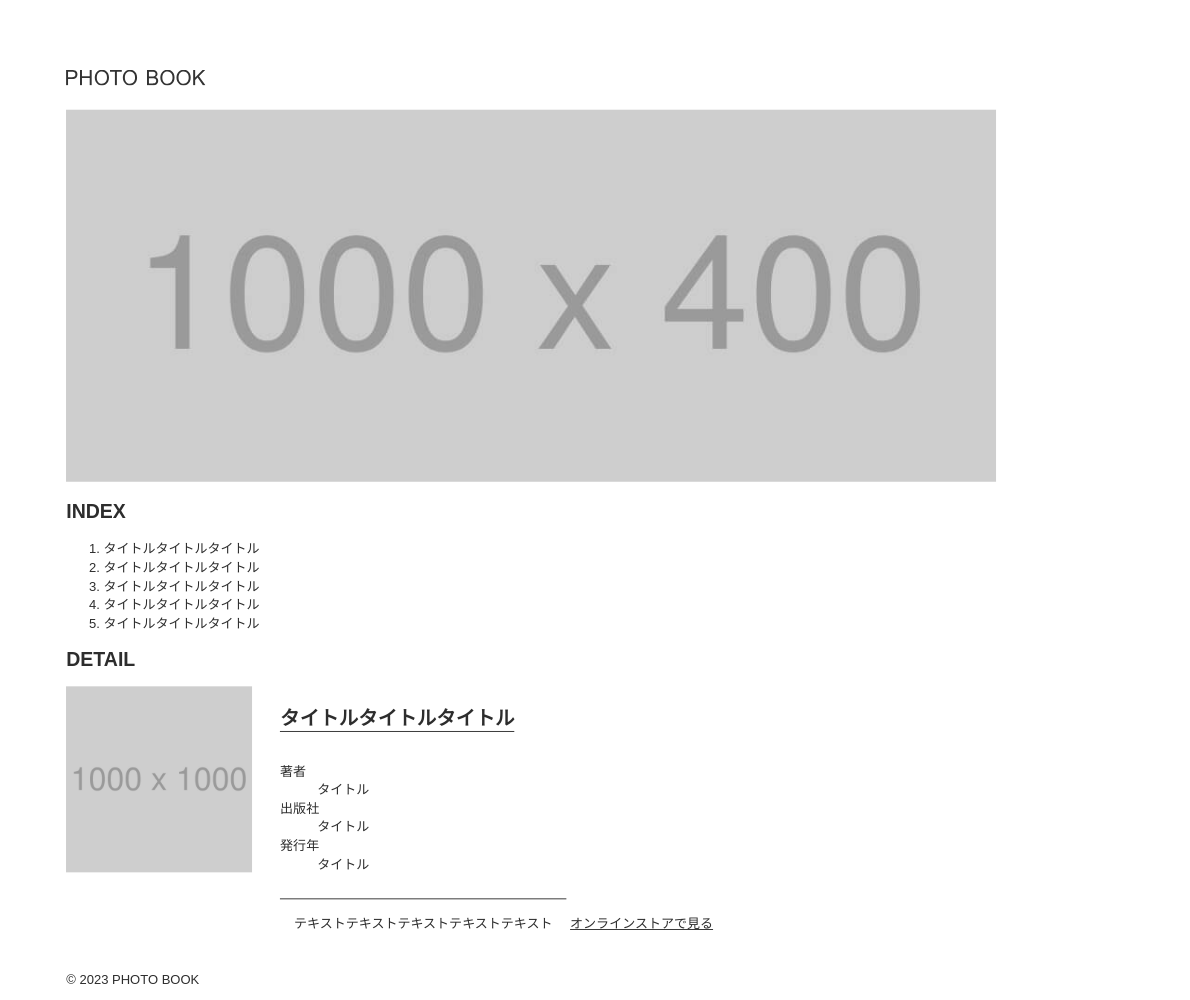
Repository: Fuki-san/photo-book-1
Page: http://localhost/photo
An editor plug-in stored every save of this project. The page is shown before and after the next save, followed by the edit.
The browser window is 1280 px wide. The pictures show the whole page, at 93% of full size.
The page is served by the project's Laravel application, run on PHP 8.4 with Laravel 10.

Above is the page before, as saved 2023-11-26 16:05:43.

After the next save:
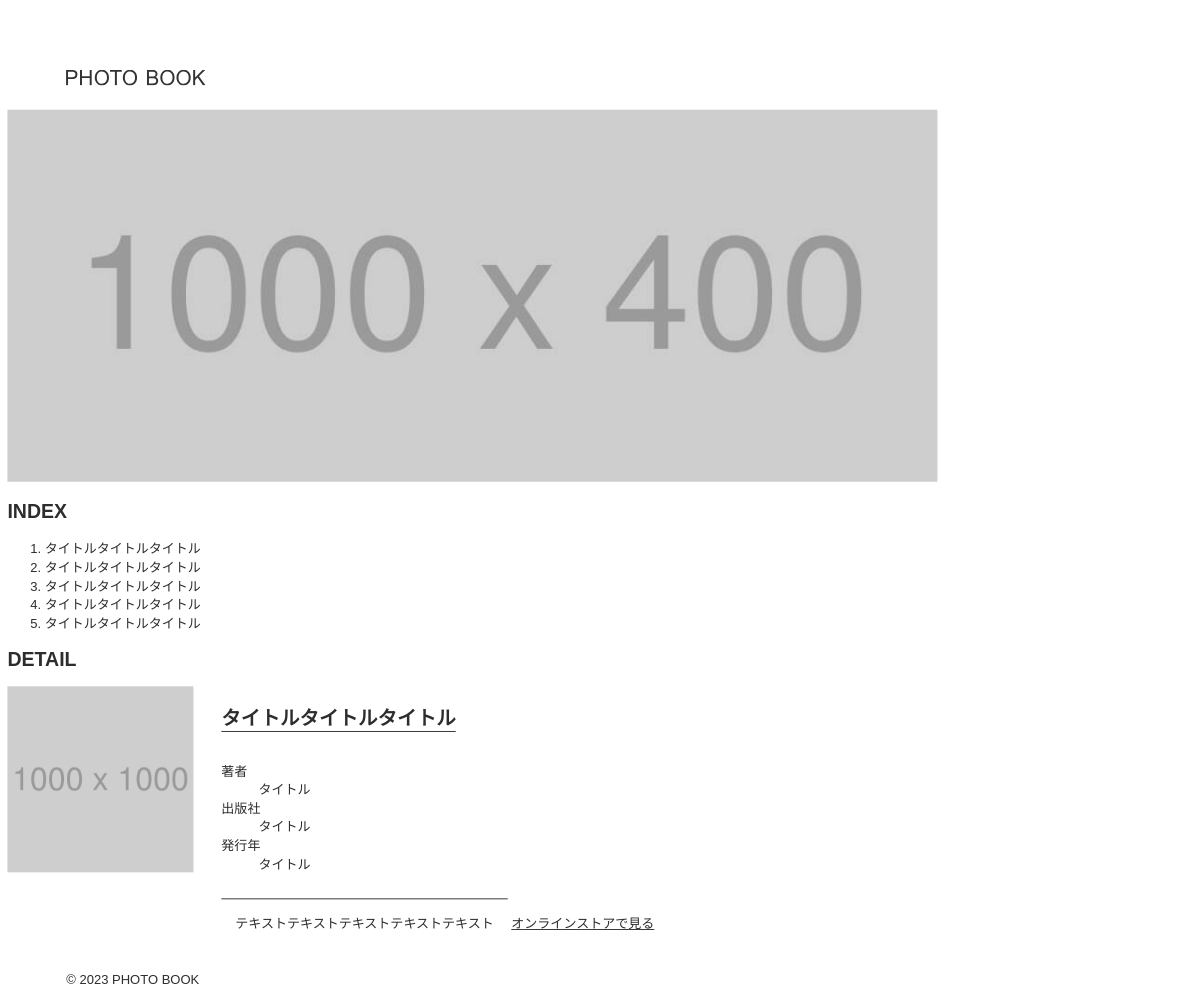
Saved 17 min 27 s later.
--- a/resources/views/photo.blade.php
+++ b/resources/views/photo.blade.php
@@ -7,7 +7,7 @@
         <h1 class="site-title"><a href="#"><img src="img/logo.svg"></a></h1>
     </header>
 
-    <main class="wrapper">
+    <main>
         <div id="mainvisual">
             <img src="img/mainvisual.jpg">
         </div>
